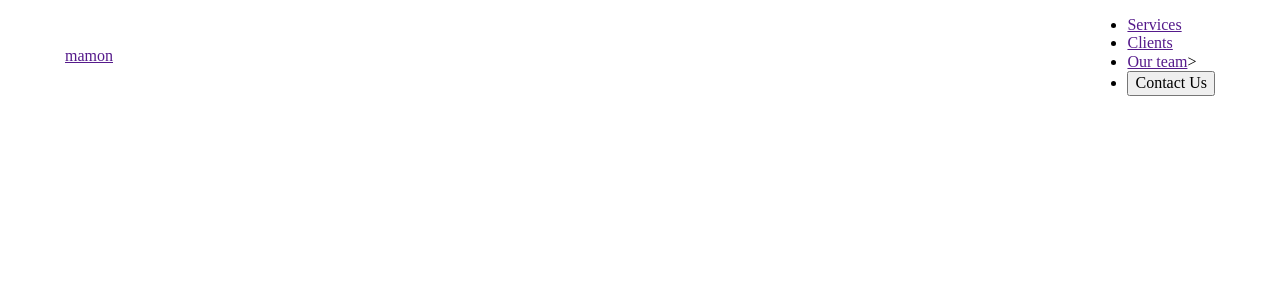
Repository: Vitalii23081984/testHGC
Page: index.html
The author's editor kept a copy of each file at every save. The page is drawn from the files as they stood at one save, then again after the next save.
The browser window is 1280 px wide. The pictures show the whole page.

Above is the page before, as saved 2022-11-20 09:29:15.

After the next save:
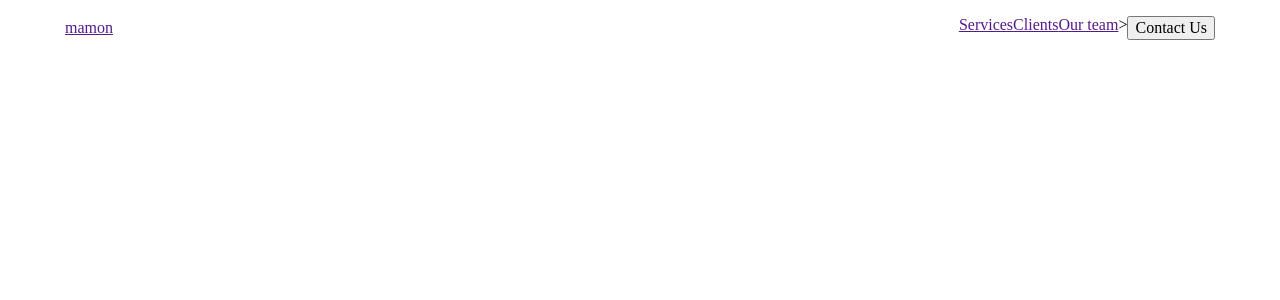
Saved 2 min 28 s later.
--- a/css/style.css
+++ b/css/style.css
@@ -12,3 +12,9 @@
     align-items: center;
     box-sizing: border-box;
 }
+.nav {
+    list-style-type: none;
+    display: flex;
+    justify-content: flex-start;
+
+}
